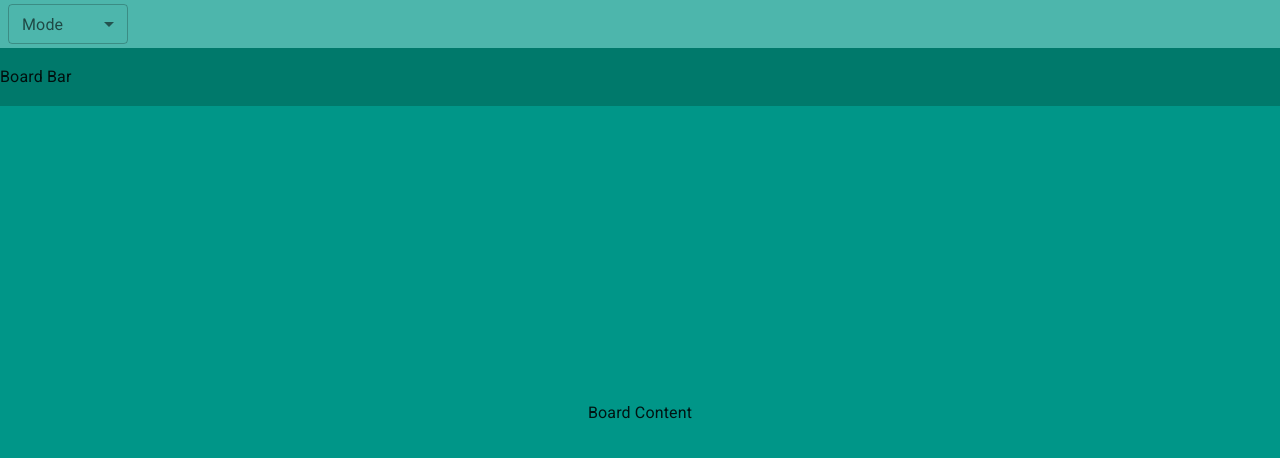
Repository: VoPhamKhanhTruong/trello-web
Page: /
These files come from the project's save history. The page is drawn as it stood at one moment and after the next save; the edit follows.
The browser window is 1280 px wide. The pictures show the whole page.
The project was rebuilt for these pictures with package versions that can differ from the ones it lists, and the page was loaded fresh each time. Also part of the build but not shown: vite.config.js.

Above is the page before, as saved 2024-08-07 17:33:38.

### src/main.jsx
import ReactDOM from 'react-dom/client'
import App from './App.jsx'
import CssBaseline from '@mui/material/CssBaseline'
import { Experimental_CssVarsProvider as CssVarsProvider } from '@mui/material/styles'
import theme from './theme'

ReactDOM.createRoot(document.getElementById('root')).render(
  <>
    <CssVarsProvider theme={theme}>
      <CssBaseline />
      <App />
    </CssVarsProvider>
  </>
)

### src/App.jsx
import Button from '@mui/material/Button'
import AccessAlarmIcon from '@mui/icons-material/AccessAlarm'
import ThreeDRotation from '@mui/icons-material/ThreeDRotation'
import HomeIcon from '@mui/icons-material/Home'
import { pink } from '@mui/material/colors'
import Typography from '@mui/material/Typography'
import {
  useColorScheme
} from '@mui/material/styles'
import useMediaQuery from '@mui/material/useMediaQuery'
import InputLabel from '@mui/material/InputLabel'
import MenuItem from '@mui/material/MenuItem'
import FormControl from '@mui/material/FormControl'
import Select from '@mui/material/Select'
import LightModeIcon from '@mui/icons-material/LightMode'
import DarkModeOutlinedIcon from '@mui/icons-material/DarkModeOutlined'
import SettingsBrightnessIcon from '@mui/icons-material/SettingsBrightness'
import Box from '@mui/material/Box'
import Container from '@mui/material/Container'

function ModeSelect() {
  const { mode, setMode } = useColorScheme()
  const handleChange = (event) => {
    const selectedMode = event.target.value
    setMode(selectedMode)
    // setAge(event.target.value)
  }

  return (
    <FormControl sx={{ m: 1, minWidth: 120 }} size="small">
      <InputLabel id="label-select-dark-light-mode">Mode</InputLabel>
      <Select
        labelId="label-select-dark-light-mode"
        id="select-dark-light-mode"
        value={mode}
        label="Mode"
        onChange={handleChange}
      >
        <MenuItem value="light">
          <Box sx={{ display: 'flex', alignItems: 'center', gap: 1 }}>
            <LightModeIcon fontSize="small"/> Light
          </Box>
        </MenuItem>
        <MenuItem value="dark">
          <Box sx={{ display: 'flex', alignItems: 'center', gap: 1 }}>
            <DarkModeOutlinedIcon fontSize="small" /> Dark
          </Box>
        </MenuItem>
        <MenuItem value="system">
          <Box sx={{ display: 'flex', alignItems: 'center', gap: 1 }}>
            <SettingsBrightnessIcon fontSize="small" /> System
          </Box>
        </MenuItem>
      </Select>
    </FormControl>
  )
}

function App() {
  return (
    <Container disableGutters maxWidth={false} sx={{ height: '100vh' }}>
      <Box sx={{
        backgroundColor: 'primary.light',
        width: '100%',
        height: '48px',
        display: 'flex',
        alignItems: 'center'
      }}>
        <ModeSelect />
      </Box>
      <Box sx={{
        backgroundColor: 'primary.dark',
        width: '100%',
        height: '58px',
        display: 'flex',
        alignItems: 'center'
      }}>
        Board Bar
      </Box>
      <Box sx={{
        backgroundColor: 'primary.main',
        width: '100%',
        height: 'calc(100vh - 58px - 48px)',
        display: 'flex',
        justifyContent: 'center',
        alignItems: 'center'
      }}>
        Board Content
      </Box>
    </Container>
  )
}

export default App

### src/theme.js
import { cyan, deepOrange, orange, teal } from '@mui/material/colors'
import { experimental_extendTheme as extendTheme } from '@mui/material/styles'

// Create a theme instance.
const theme = extendTheme({
  colorSchemes: {
    light: {
      palette: {
        primary: teal,
        secondary: deepOrange
      }
    },
    dark: {
      palette: {
        primary: cyan,
        secondary: orange
      }
    }
  }
})

export default theme

Loaded but not shown: index.html (common file)

After the next save:
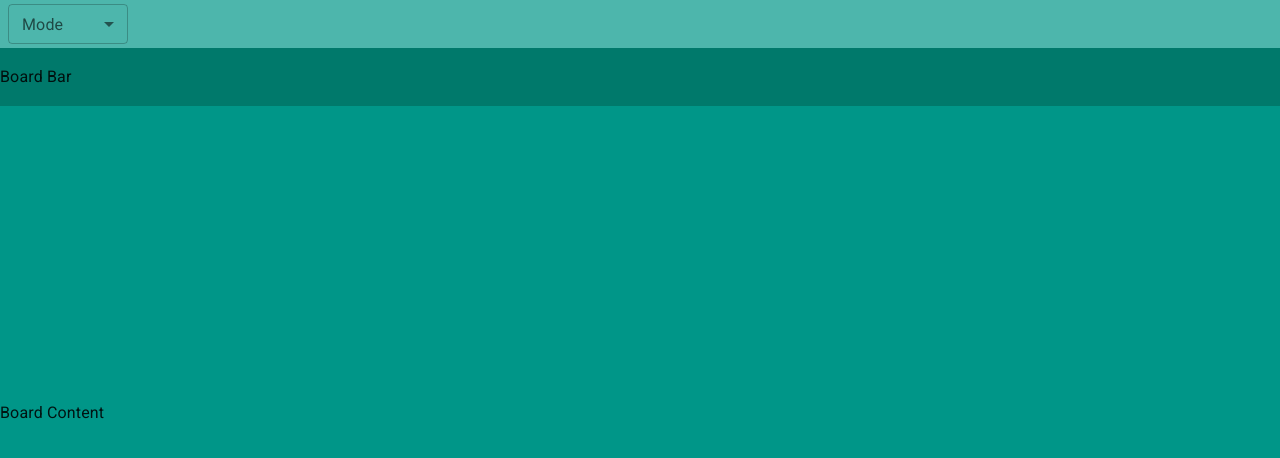
Saved 10 s later.
--- a/src/App.jsx
+++ b/src/App.jsx
@@ -82,7 +82,6 @@ function App() {
         width: '100%',
         height: 'calc(100vh - 58px - 48px)',
         display: 'flex',
-        justifyContent: 'center',
         alignItems: 'center'
       }}>
         Board Content
